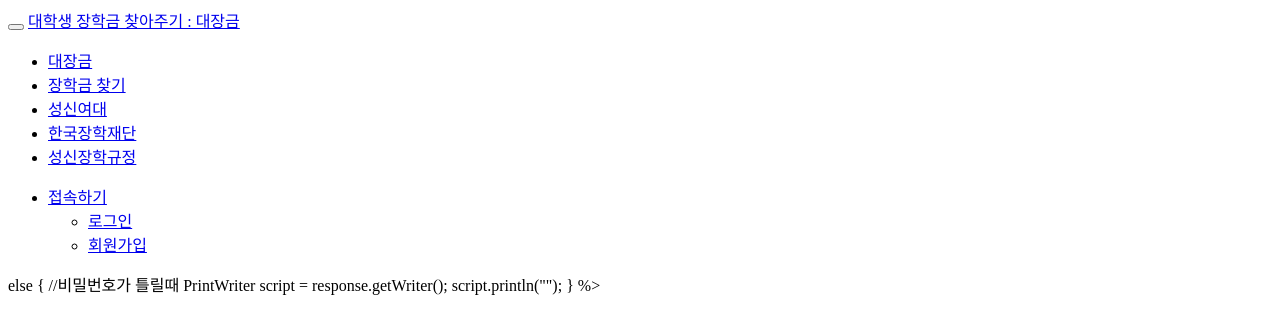
Repository: jiwon-214/DJG
Page: http://localhost/DJG/findPWAction.jsp
An editor plug-in stored every save of this project. The page is shown before and after the next save, followed by the edit.
The browser window is 1280 px wide. The pictures show the whole page.
Some web fonts or font styles are not loaded; a fallback is used. Some web libraries are served in a nearby version. The page is served by Tomcat 9. Queries for data that is not in the repository find no rows.

Above is the page before, as saved 2022-01-07 20:30:15.
Console error: SyntaxError: Invalid or unexpected token

After the next save:
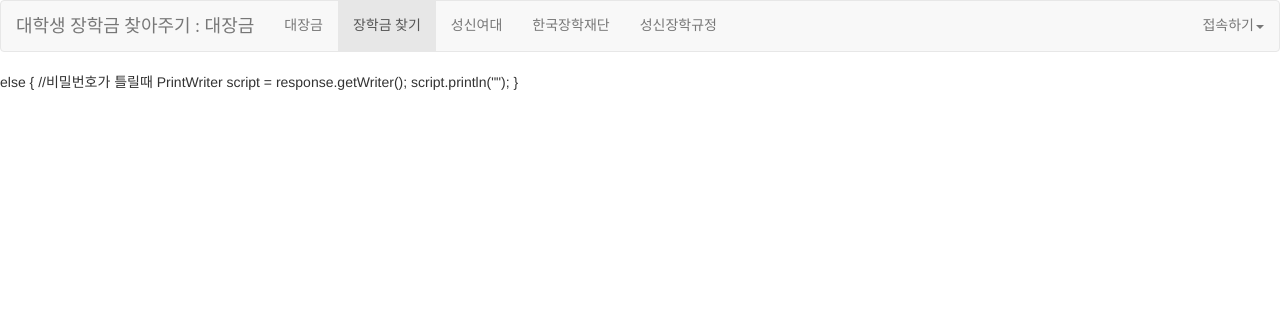
Saved 96 s later.
--- a/DJG/WebContent/findPWAction.jsp
+++ b/DJG/WebContent/findPWAction.jsp
@@ -12,6 +12,9 @@
 <html>
 <head>
 <meta charset="UTF-8">
+<meta name = "viewport" content = "width=divice-width", initial-scale = "1">
+<link rel = "stylesheet" href = "css/bootstrap.css">
+<link rel = "stylesheet" href = "css/custom.css">
 <title>대장금</title>
 </head>
 <body>
@@ -54,7 +57,7 @@
 			<div class="container" style="text-align:center;">
 		<div class ="jumbotron">
 		<h3>
-			<%=user.getUserName() %> 님의 비밀번호는: <%= user.getUserPassword() %> 입니다.
+			<%=user.getUserName() %> 님의 비밀번호는: <%= userPassword %> 입니다.
 		</h3>
 	<p>
 
@@ -70,6 +73,8 @@
 			script.println("history.back()"); //이전의 페이지(로그인)로 돌려보내는 것
 			script.println("</script>");
 		}
-	%>
+
+<script src = "https://code.jquery.com/jquery-3.1.1.min.js"></script>
+	<script src = "js/bootstrap.js"></script>
 </body>
 </html>
